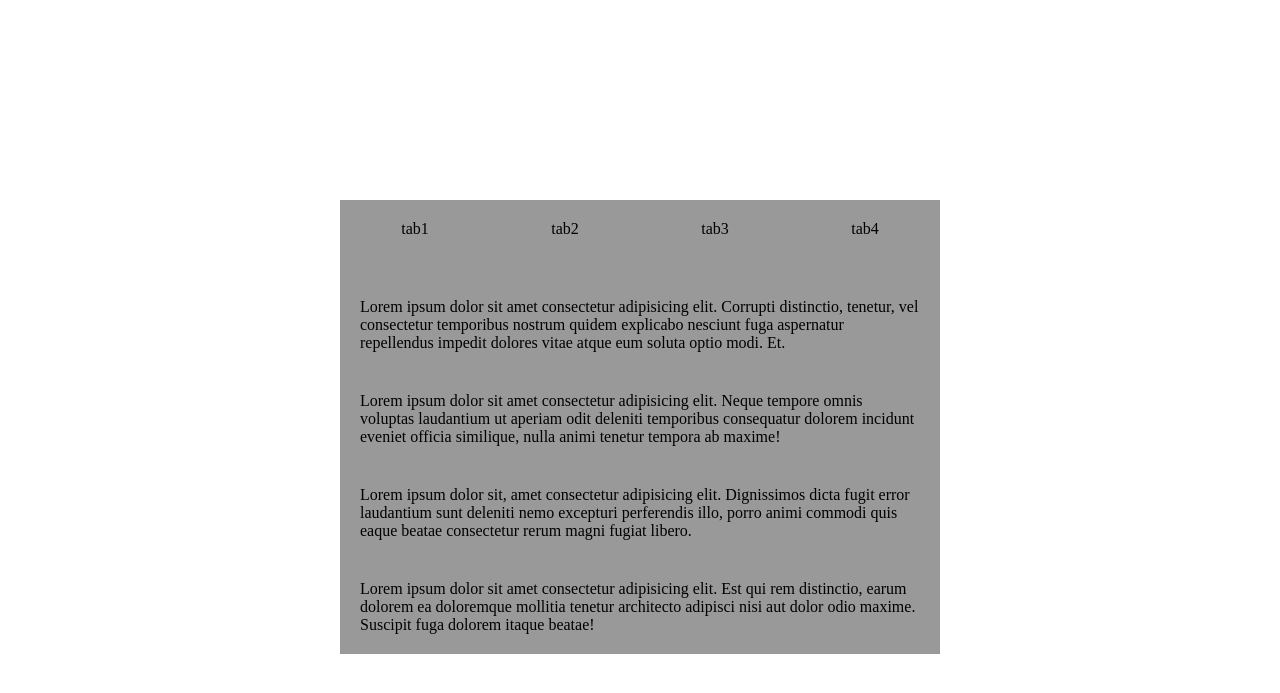
Repository: PCTai/javascript-coban
Page: tab UI/index.html
An editor plug-in stored every save of this project. The page is shown before and after the next save, followed by the edit.
The browser window is 1280 px wide. The pictures show the whole page.

Above is the page before, as saved 2022-02-09 16:50:58.

### tab UI/index.html
<!DOCTYPE html>
<html lang="en">
<head>
    <meta charset="UTF-8">
    <meta http-equiv="X-UA-Compatible" content="IE=edge">
    <meta name="viewport" content="width=device-width, initial-scale=1.0">
    <title>Document</title>
    <link rel="stylesheet" href="./style.css">
</head>
<body>
    <div class="container">
        <div class="tab">
            <div class="tab-item">tab1</div>
            <div class="tab-item">tab2</div>
            <div class="tab-item">tab3</div>
            <div class="tab-item">tab4</div>
            <div class="tab-line"></div>
        </div>
        <div class="box">
            <div class="box-item">Lorem ipsum dolor sit amet consectetur adipisicing elit. Corrupti distinctio, tenetur, vel consectetur temporibus nostrum quidem explicabo nesciunt fuga aspernatur repellendus impedit dolores vitae atque eum soluta optio modi. Et.</div>
            <div class="box-item">Lorem ipsum dolor sit amet consectetur adipisicing elit. Neque tempore omnis voluptas laudantium ut aperiam odit deleniti temporibus consequatur dolorem incidunt eveniet officia similique, nulla animi tenetur tempora ab maxime!</div>
            <div class="box-item">Lorem ipsum dolor sit, amet consectetur adipisicing elit. Dignissimos dicta fugit error laudantium sunt deleniti nemo excepturi perferendis illo, porro animi commodi quis eaque beatae consectetur rerum magni fugiat libero.</div>
            <div class="box-item">Lorem ipsum dolor sit amet consectetur adipisicing elit. Est qui rem distinctio, earum dolorem ea doloremque mollitia tenetur architecto adipisci nisi aut dolor odio maxime. Suscipit fuga dolorem itaque beatae!</div>
        </div>

    </div>


    <script src="./app.js"></script>
</body>
</html>

### tab UI/style.css
*{
    margin: 0;
    border: 0;
    padding: 0;
}
.container{
    width: 600px;
    margin: auto;
    background-color: #999;
    margin-top: 200px;
}
.tab{
    display: flex;
}
.tab-item{
    flex: 1;
    text-align: center;
    padding: 20px 0;

}
.box{
    margin-top: 20px;
}
.box-item{
    padding: 20px 20px;
}

Loaded but not shown: tab UI/app.js (no stored copy; drawn as an empty file)

After the next save:
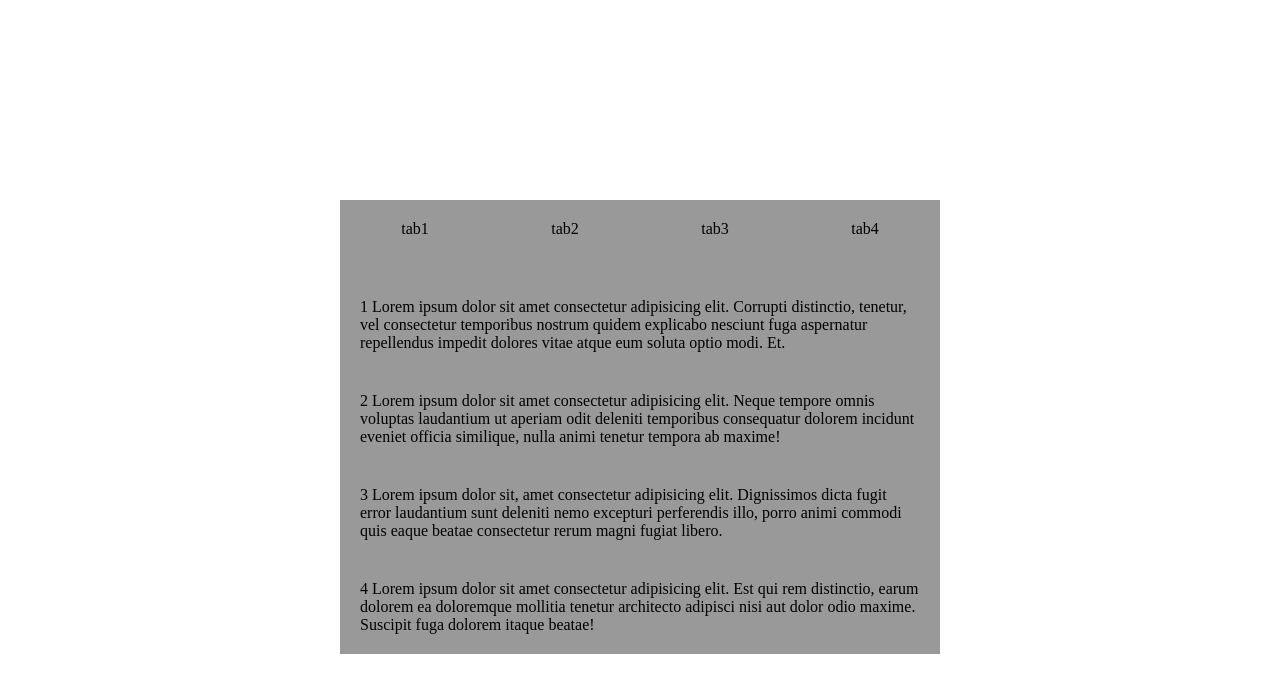
Saved 22 s later.
--- a/tab UI/index.html
+++ b/tab UI/index.html
@@ -17,10 +17,10 @@
             <div class="tab-line"></div>
         </div>
         <div class="box">
-            <div class="box-item">Lorem ipsum dolor sit amet consectetur adipisicing elit. Corrupti distinctio, tenetur, vel consectetur temporibus nostrum quidem explicabo nesciunt fuga aspernatur repellendus impedit dolores vitae atque eum soluta optio modi. Et.</div>
-            <div class="box-item">Lorem ipsum dolor sit amet consectetur adipisicing elit. Neque tempore omnis voluptas laudantium ut aperiam odit deleniti temporibus consequatur dolorem incidunt eveniet officia similique, nulla animi tenetur tempora ab maxime!</div>
-            <div class="box-item">Lorem ipsum dolor sit, amet consectetur adipisicing elit. Dignissimos dicta fugit error laudantium sunt deleniti nemo excepturi perferendis illo, porro animi commodi quis eaque beatae consectetur rerum magni fugiat libero.</div>
-            <div class="box-item">Lorem ipsum dolor sit amet consectetur adipisicing elit. Est qui rem distinctio, earum dolorem ea doloremque mollitia tenetur architecto adipisci nisi aut dolor odio maxime. Suscipit fuga dolorem itaque beatae!</div>
+            <div class="box-item">1 Lorem ipsum dolor sit amet consectetur adipisicing elit. Corrupti distinctio, tenetur, vel consectetur temporibus nostrum quidem explicabo nesciunt fuga aspernatur repellendus impedit dolores vitae atque eum soluta optio modi. Et.</div>
+            <div class="box-item">2 Lorem ipsum dolor sit amet consectetur adipisicing elit. Neque tempore omnis voluptas laudantium ut aperiam odit deleniti temporibus consequatur dolorem incidunt eveniet officia similique, nulla animi tenetur tempora ab maxime!</div>
+            <div class="box-item">3 Lorem ipsum dolor sit, amet consectetur adipisicing elit. Dignissimos dicta fugit error laudantium sunt deleniti nemo excepturi perferendis illo, porro animi commodi quis eaque beatae consectetur rerum magni fugiat libero.</div>
+            <div class="box-item">4 Lorem ipsum dolor sit amet consectetur adipisicing elit. Est qui rem distinctio, earum dolorem ea doloremque mollitia tenetur architecto adipisci nisi aut dolor odio maxime. Suscipit fuga dolorem itaque beatae!</div>
         </div>
 
     </div>
